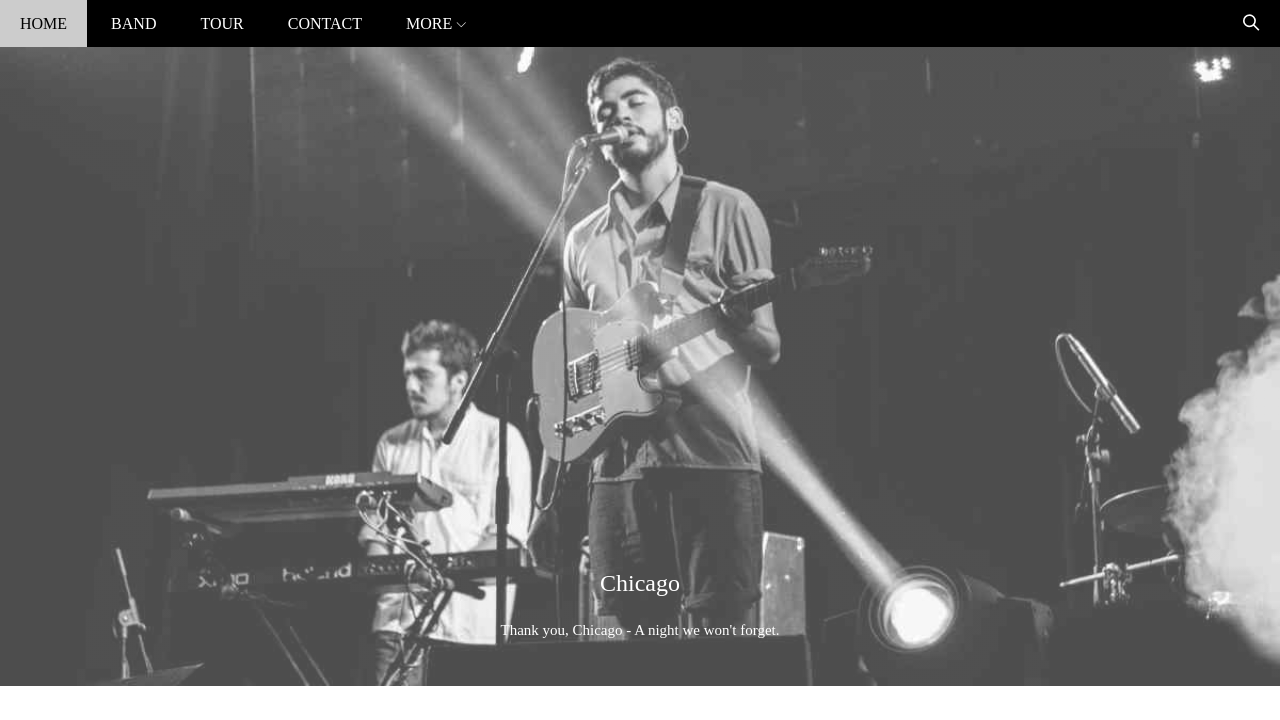
Repository: Dino0411/Dino0411.github.io
Page: index.html
These files come from the project's save history. The page is drawn as it stood at one moment and after the next save; the edit follows.
The browser window is 1280 px wide. The pictures show the whole page.

Above is the page before, as saved 2021-10-04 00:15:43.

After the next save:
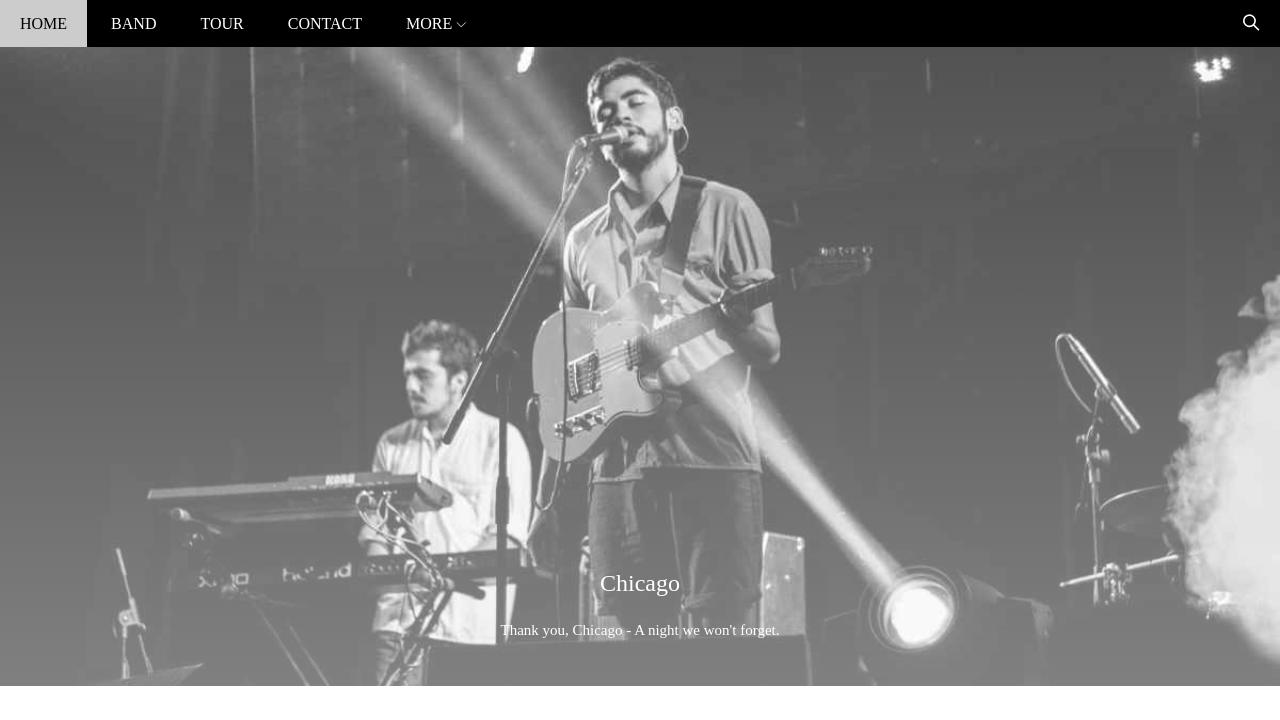
Saved 15 s later.
--- a/assets/css/style.css
+++ b/assets/css/style.css
@@ -98,7 +98,7 @@ TODO:tổng quan đến chi tiết
   padding-top: 50%;
   background: linear-gradient(
       rgba(255, 255, 255, 0.3),
-      rgba(255, 255, 255, 0.3)
+      rgba(255, 255, 255, 0.5)
     ),
     url("/assets/img/slider/slider1.jpg") top center / cover no-repeat;
 }
